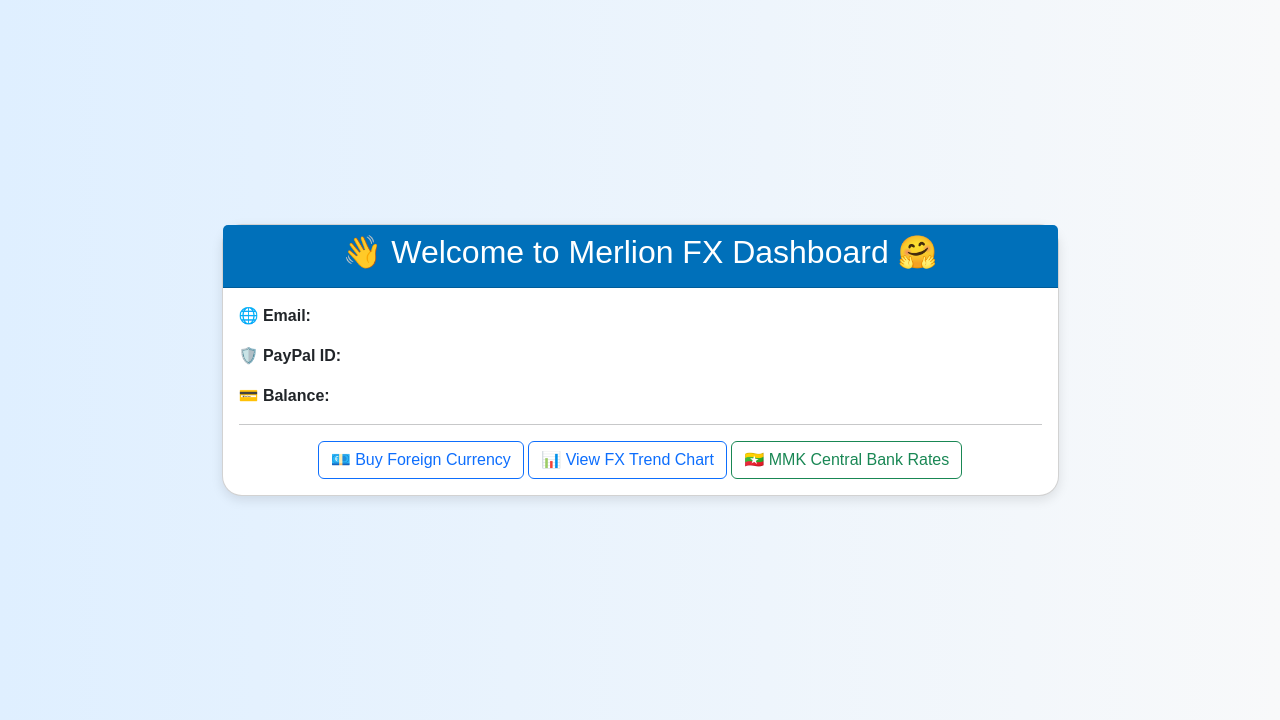
Repository: MayThetNaingBo/MerlionFX-app
Page: templates/services.html
These files come from the project's save history. The page is drawn as it stood at one moment and after the next save; the edit follows.
The browser window is 1280 px wide. The pictures show the whole page.
The page is served by the project's application, run on Flask 3 (app.py). The template is opened directly, without the code that normally fills it, so the values that code supplies are empty.

Above is the page before, as saved 2025-08-05 02:01:01.

After the next save:
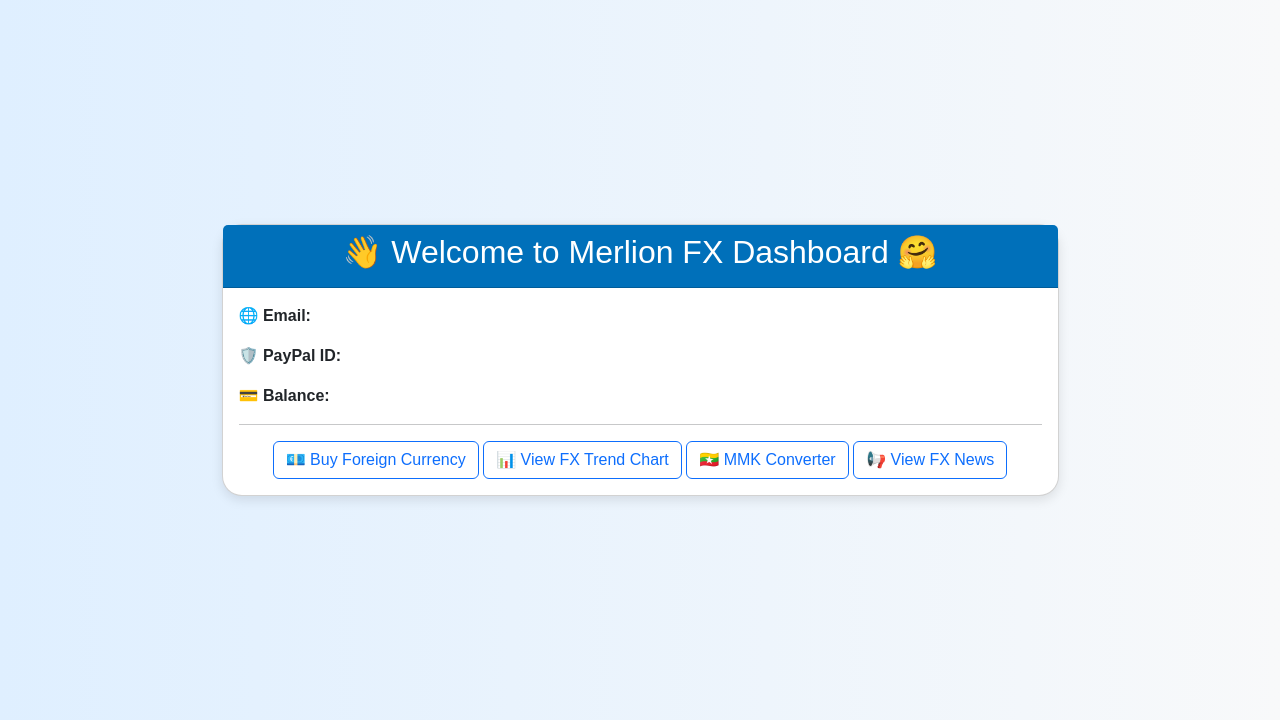
Saved 105 s later.
--- a/templates/services.html
+++ b/templates/services.html
@@ -33,11 +33,13 @@
         <p><strong>🛡️ PayPal ID:</strong> {{ fPayerID }}</p>
         <p><strong>💳 Balance:</strong> {{ fCCY }} {{ fBalance }}</p>
         <hr>
-        <div class="text-center">
-          <a href="/create_order" class="btn btn-outline-primary">💶 Buy Foreign Currency</a>
-          <a href="/chart" class="btn btn-outline-primary">📊 View FX Trend Chart</a>
-          <a href="/cbm" class="btn btn-outline-success">🇲🇲 MMK Central Bank Rates</a> <!-- ✅ NEW BUTTON -->
-        </div>
+       <div class="text-center">
+  <a href="/create_order" class="btn btn-outline-primary">💶 Buy Foreign Currency</a>
+  <a href="/chart" class="btn btn-outline-primary">📊 View FX Trend Chart</a>
+  <a href="/cbm" class="btn btn-outline-primary">🇲🇲 MMK Converter</a>
+  <a href="/news" class="btn btn-outline-primary">📢 View FX News</a>
+</div>
+
       </div>
     </div>
   </div>
